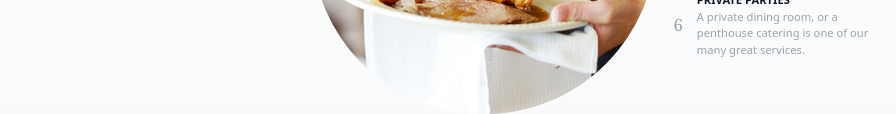
Repository: remydev47/Catering
Page: /
The author's editor kept a copy of each file at every save. The page is drawn from the files as they stood at one save, then again after the next save.
The browser window is 1280 px wide. The pictures show the part of the page from y = 3939 to 5859 px (the page is 4102 px tall before and 6930 px after), at 70% of full size.
The project was rebuilt for these pictures with package versions that can differ from the ones it lists, and the page was loaded fresh each time. The framework's server and built-in components were replaced by stand-ins that run in the browser. Also part of the build but not shown: next.config.js, components/Footer.tsx, components/Team.tsx, components/Faqs.tsx.

Above is the page before, as saved 2022-12-09 23:02:15.

### app/layout.tsx
import Navbar from '../components/Navbar'
import '../styles/globals.css'

export default function RootLayout({
  children,
}: {
  children: React.ReactNode
}) {
  return (
    <html>
      <head />
      <body>
        <Navbar />
        {children}
      </body>
    </html>
  )
}

### app/page.tsx
import React from 'react'
import { Aboutus, CTA, Hero, Menu, Services } from '../components'

const Home = () => {
  return (
    <div>
        <Hero />
        <Menu />
        <CTA />
        <Aboutus />
        <Services />

    </div>
  )
}

export default Home

### components/Navbar.tsx
'use client'
import React from 'react'
import { navLinks } from '../constants'
import Menupopover from './Menupopover';
import Logo from './Logo';
import { Button } from './Button';

const Navbar = () => {
  return (
    <header className="fixed inset-x-0 bg-[#fff] z-20 flex justify-between items-center py-2 px-2 shadow-lg dark:bg-slate-900 sm:py-3 sm:px-8">
            <div className='flex grow-0 basis-1/3 md:hidden'>
                <Menupopover />
            </div>

             <div className='flex grow-0 ml-2 justify-center md:justify-start'>
                <Logo />

            </div>


            <ul className="list-none sm:flex hidden justify-end items-center flex-1">
            {navLinks.map((nav, index) => (
                <li
                key={nav.id}
                className={`font-bold cursor-pointer text-[16px] hover:text-orange-400
                   ${index === navLinks.length - 1 ? 'mr-0' : 'mr-10'}
                  text-gray-500 font-serif `}
                >
                    <a>{nav.title}</a>
                </li>
            ))}
           </ul>



        </header>
  )
}

export default Navbar

### components/index.ts
import Hero from "./Hero";
import Pricing from "./Pricing";
import Aboutus from "./Aboutus";
import Menu from "./Menu";
import Services from "./Services";
import Footer from "./Footer";
import Team from "./Team";
import Testimonials from "./Testimonials";
import Faqs from "./Faqs";
import Blog from "./Blog";
import CTA from "./CTA";

export {
    Hero, Pricing, Menu, Services, Footer, Faqs, Team, Testimonials, Blog, CTA, Aboutus
}

### constants/index.ts
export const navLinks =[
    {
        id:"aboutus",
        title:"About Us",
    },
    {
        id:"store",
        title:"Store",
    },
    {
        id:"gallery",
        title:"Gallery",
    },
    {
        id:"appointments",
        title:"Appointment",
    },
    {
        id:"blog",
        title:"Blog",
    },
    {
        id:"contacts",
        title:"Contacts",
    }
]

### components/Menupopover.tsx
import React, { useState, Fragment } from 'react'
import { Transition, Dialog } from '@headlessui/react'
import { navLinks } from '../constants'
import Logo from './Logo'
import { IconButton } from './Button'

const Menupopover = () => {
  const [isOpen, setIsOpen] = useState(false)

  return (
    <div>
    <IconButton
      variant='ghost'
      aria-label='menu'
      onClick={() => setIsOpen(!isOpen)}
    >
      <svg className='h-6 w-6 ' fill='none' stroke='currentColor'>
        <path
          strokeLinecap='round'
          strokeLinejoin='round'
          strokeWidth={2}
          d='M4 6h16M4 12h16M4 18h16'
        />
      </svg>
    </IconButton>
    <Transition
      show={isOpen}
      appear
      as={Fragment}
      enter='transform transition ease-in-out duration-300'
      enterFrom='-translate-x-full'
      enterTo='translate-x-0'
      leave='transform transition ease-in-out duration-300 delay-200'
      leaveFrom='translate-x-0'
      leaveTo='-translate-x-full'
     >
     <Dialog
       as='div'
       className={`fixed inset-0 z-50`}
       onClose={setIsOpen}
       open={isOpen}
       >
       <Transition.Child
         as={Fragment}
         enter='ease-out duration-300 delay-300'
         enterFrom='opacity-0'
         enterTo='opacity-100'
         leave='ease-in duration-200'
         leaveFrom='opacity-100'
         leaveTo='opacity-0'
       >

        <Dialog.Overlay
          className={`fixed inset-0 bg-black/20 backdrop-blur-sm dark:bg-gray-900/80`}
         />
      </Transition.Child>
       <div className={styles.dialogcontainer}>
        <a className='mx-auto mt-4 flex w-[140px] '>
          <Logo />
        </a>
        <ul
            className={styles.navWrapper2}
         >
            {navLinks.map((nav, index) => (
                <li
                 key={nav.id}
                 className={` font-bold cursor-pointer text-[16px]
                  mt-2 border-t border-slate-200 py-4 dark:border-slate-600
                  ${index === navLinks.length - 1 ? 'mr-0' : 'mb-4'}
                  text-black font-serif `}
                >
                 <a href={`#${nav.id}`}>
                    {nav.title}
                 </a>
                </li>
             ))}
         </ul>

        <IconButton
          variant='ghost'
          aria-label='close menu'
          className='absolute top-5 right-5'
          onClick={() => setIsOpen(false)}
        >
          <svg
            viewBox='0 0 10 10'
            className='h-2.5 w-2.5 overflow-visible'
            aria-hidden='true'
          >
            <path
                d='M0 0L10 10M10 0L0 10'
                fill='none'
                stroke='currentColor'
                strokeWidth='2'
                strokeLinecap='round'
              />
          </svg>
        </IconButton>
       </div>
     </Dialog>
    </Transition>
  </div>
  )
}

export default Menupopover;

const styles ={
  dialogcontainer:`fixed top-0 bottom-0 left-0 w-full max-w-xs rounded-r-xl bg-[#fff] p-6 shadow-lg dark:bg-gray-800`,
  menuitems:`group relative flex h-9 items-center oveflow-hidden rounded-md hover:bg-slate-200/50`,
  navWrapper2:`list-none flex flex-col justify-end items-center flex-1`,
}

### components/Logo.tsx
import React from 'react'
import Image from 'next/image'

const Logo = () => {
  return (
    <div>
        <Image
          src='/images/logo.png'
          alt='royal-events'
          height={80}
          width={150}
        />
    </div>
  )
}

export default Logo

### components/Hero.tsx
'use client';
import React from 'react'

const Hero = () => {
  return (
    <section className='relative pt-48 pb-12 xl:pt-60 sm:pb-16 lg:pb-32 xl:pb-48 2xl:pb-56'>
    <div className="absolute inset-0">
     <img className="object-cover w-full h-full" src="/images/hero.jpg" alt="" />
    </div>
   <div className='relative'>
    <div className="px-6 mx-auto sm:px-8 lg:px-12 max-w-7xl">
      <div className="w-full lg:w-2/3 xl:w-1/2">
        <h1 className="font-serif text-xl font-bold tracking-tight text-white text-opacity-70 text-center">Proffesional Catering Services</h1>
        <p className="mt-6 tracking-tighter text-[#000]">
          <span className="font-sans font-bold text-5xl">The Perfect Blend</span><br />
          <span className="font-serif italic font-BOLD text-6xl">of Sensational Food</span>
        </p>
        <p className="mt-8 font-serif text-xl font-normal text-[#000]">
         Our professional and experienced Catering staff does the job right the first time are Carefully selected Give them a deep.
        </p>
      </div>
    </div>
   </div>
  </section>
  )
}

export default Hero

### components/Aboutus.tsx
'use client';
import React from 'react'

const Aboutus = () => {
  return (
    <section className="py-6 bg-gray-50 sm:py-16 lg:py-24">
    <div className="max-w-5xl px-4 mx-auto sm:px-6 lg:px-8">
        <div className="grid items-center grid-cols-1 gap-y-6 md:grid-cols-2 md:gap-x-20">
            <div className="">
                <h1 className='text-3xl italic text-orange-400 text-center'>WELCOME TO OUR CATERING COMPANY</h1>
                <h2 className="text-4xl font-bold leading-tight text-black sm:text-4xl lg:text-4xl">Our Story of Success.</h2>
                <p className="mt-4 text-base leading-relaxed text-gray-600 font-semibold">
                <span className='text-3xl font-serif'>2006 -</span> Silver service is oriented for a right-handed waiter. Thus to serve the food, the waiter stands behind the guest and to the guest’s left, holds or supports the platter with their left hand, and serves the food with their right hand. It is common for the waiter to hold the serving-fork above the serving-spoon both in the right hand, and use the fingers to manipulate the two as a pincer for picking up and transferring the food.
                </p>
            </div>

            <div className=" pl-20 pr-6 sm:pl-6 md:px-0">
                <div className="relative w-full max-w-xs mt-4 mb-10 ml-auto">
                 <img className="relative -top-4 -left-4" src="/images/service-3.jpg" alt="" />



                    <div className="absolute -bottom-10 -left-16 m-2 bg-orange-400">
                        <span className="block text-4xl font-bold text-white font-serif lg:text-5xl"> 50+ </span>
                        <span className="block mt-2 text-base leading-tight text-white font-serif"> Team<br />Member</span>
                    </div>
                </div>
            </div>
        </div>
    </div>
</section>
  )
}

export default Aboutus

### components/Menu.tsx
'use client';
import React from 'react'

const Menu = () => {

  return (
    <section className='py-10 bg-white sm:py-16 lg:py-24'>

      <div  className="px-4 mx-auto max-w-7xl sm:px-6 lg:px-8">
        <div className="max-w-2xl mx-auto text-center">
          <h1 className="text-4xl font-serif font-semibold leading-tight text-gray-400">
            WELCOME TO THE <br/> BEST CATERING SERVICES
          </h1>
        </div>
        <div className="relative mt-12 lg:mt-20">

          <div className="relative grid grid-cols-1 text-center gap-y-12 md:grid-cols-3 gap-x-12">
            <div>
              <div className="flex items-center justify-center w-60 h-60 mx-auto rounded-full border-2 border-gray-200 ">
                <span className="text-xl font-semibold text-gray-700">
                    <img src='/images/menu1.jpg' className='h-full w-full rounded-full' />
                </span>
             </div>
             <h3 className="mt-6 text-2xl italic leading-tight text-gray-500 md:mt-10">Canapes</h3>
            </div>


            <div>
              <div className="flex items-center justify-center w-60 h-60 mx-auto rounded-full border-2 border-gray-200">
                <span className="text-xl font-semibold text-gray-700">
                    <img src='/images/menu2.jpg' className='h-full w-full rounded-full' />
                </span>
             </div>
             <h3 className="mt-6 text-2xl italic leading-tight text-gray-500 md:mt-10">CockTails</h3>
            </div>

            <div>
              <div className="flex items-center justify-center w-60 h-60 mx-auto rounded-full border-2 border-gray-200 ">
                <span className="text-xl font-semibold text-gray-700">
                    <img src='/images/menu3.jpg' className='h-full w-full rounded-full' />
                </span>
             </div>
             <h3 className="mt-6 text-2xl italic leading-tight text-gray-500 md:mt-10">Sweets & CapCakes</h3>
            </div>

            <div>
              <div className="flex items-center justify-center w-60 h-60 mx-auto rounded-full border-2 border-gray-200 ">
                <span className="text-xl font-semibold text-gray-700">
                    <img src='/images/menu4.jpg' className='h-full w-full rounded-full' />
                </span>
             </div>
             <h3 className="mt-6 text-2xl italic leading-tight text-gray-500 md:mt-10">Drinks</h3>
            </div>
          </div>

        </div>

      </div>

    </section>
  )
}

export default Menu

### components/CTA.tsx
'use client';
import React from 'react'

const CTA = () => {
  return (
    <section className="mt-4 relative py-10 overflow-hidden bg-blue-400 sm:py-16 lg:py-24 xl:py-32">
      <div className="absolute inset-0">
        <img className="object-cover w-full h-full md:object-left md:scale-150 md:origin-top-left" src="/images/cta.jpg" alt="" />
     </div>
    <div className="relative px-4 mx-auto sm:px-6 lg:px-8 max-w-7xl">
       <div className="text-center md:w-2/3 lg:w-1/2 xl:w-1/3 md:text-left">
           <h2 className="text-3xl font-bold leading-tight text-white font-serif sm:text-4xl lg:text-5xl">BOOK A FREE TASTING SESSION <br/> or DISCUSS A PROJECT</h2>
           <p className="mt-4 text-2xl italic text-white">
             We understand the importance of approaching each work integrally and believe in the power of simple and easy communication. We value the experimentation, the reformation of the message.
           </p>

           <form action="#" method="POST" className="mt-8 lg:mt-12">
               <div className="flex flex-col items-center sm:flex-row sm:justify-center">
                   <div className="flex-1 w-full min-w-0 px-4 sm:px-0">
                       <div className="relative text-gray-400 focus-within:text-gray-600">
                           <label htmlFor="email" className="sr-only"></label>
                           <label htmlFor="email" className="sr-only"></label>
                           <div className="absolute inset-y-0 left-0 flex items-center pl-3 pointer-events-none">
                               <svg className="w-5 h-5" xmlns="http://www.w3.org/2000/svg" fill="none" viewBox="0 0 24 24" stroke="currentColor">
                                   <path stroke-linecap="round" stroke-linejoin="round" stroke-width="1.5" d="M16 12a4 4 0 10-8 0 4 4 0 008 0zm0 0v1.5a2.5 2.5 0 005 0V12a9 9 0 10-9 9m4.5-1.206a8.959 8.959 0 01-4.5 1.207" />
                               </svg>
                           </div>
                           <input
                               type="email"
                               name="email"
                               id="email"
                               placeholder="Enter email address"
                               className="block w-full py-4 pl-10 pr-4 text-base text-black placeholder-gray-500 transition-all duration-200 border-gray-200 rounded-md sm:rounded-r-none caret-orange-400 focus:border-orange-400 focus:ring-1 focus:ring-blue-600"
                               required
                           />

                       </div>
                   </div>

                   <button type="submit" className="inline-flex items-center justify-center flex-shrink-0 w-auto px-4 py-4 mt-4 font-semibold text-white transition-all duration-200 bg-orange-400 border border-transparent rounded-md sm:mt-0 sm:rounded-l-none sm:w-auto hover:bg-blue-700 focus:bg-blue-700">
                       Get instant access
                   </button>
               </div>
           </form>
       </div>
    </div>
    </section>
  )
}

export default CTA

### components/Button.tsx
import React, { forwardRef } from "react";
//import { __DEV__ } from "../../utils/assertions";

type BaseButtonProps = Omit<React.HTMLProps<HTMLButtonElement>, "size">;

/* === Button Element === */

export interface ButtonProps extends BaseButtonProps {
  children: React.ReactNode;
  fullWidth?: boolean;
  className?: string;
  variant?: "solid" | "outline" | "ghost";
  size?: "sm" | "md" | "lg";
  as?: string;
  isExternal?: boolean;
  type?: "button" | "submit" | "reset";
}

export const Button = forwardRef<HTMLButtonElement, ButtonProps>(
  (
    {
      children,
      variant = "solid",
      size = "md",
      fullWidth = false,
      className,
      as = "button",
      isExternal = false,
      ...rest
    },
    ref
  ) => {
    let tempClassNames: string[] = [];

    const sharedClasses = [
      "capitalize",
      "focus:outline-none",
      "focus:ring-2",
      "focus:ring-indigo-400",
      "focus:ring-offset-2",
      "focus:ring-offset-indigo-50",
      "font-semibold",
      "rounded-full",
      "inline-flex",
      "flex-shrink-0",
      "items-center",
      "justify-center",
      "transition-colors",
      "ease-in-out",
      "duration-500",
    ];

    if (fullWidth) sharedClasses.push("w-full");

    // handle variants
    let btnSolid = ["bg-indigo-600", "hover:bg-indigo-700", "text-white"];
    let btnOutline = [
      "dark:text-white",
      "hover:text-indigo-700",
      "hover:dark:text-indigo-700",
      "bg-transparent",
      "hover:bg-indigo-50",
      "border",
      "border-indigo-600",
    ];
    let btnGhost = [
      "bg-transparent",
      "dark:text-white",
      "hover:bg-indigo-50",
      "hover:text-indigo-700",
      "hover:dark:text-indigo-700",
    ];

    if (variant === "solid") {
      tempClassNames = [...sharedClasses, ...btnSolid];
    } else if (variant === "outline") {
      tempClassNames = [...sharedClasses, ...btnOutline];
    } else if (variant === "ghost") {
      tempClassNames = [...sharedClasses, ...btnGhost];
    }

    // handle sizes
    let sizeSm = ["h-8", "px-2", "text-sm"];
    let sizeMd = ["h-10", "px-3"];
    let sizeLg = ["h-12", "px-4", "text-lg"];

    if (size === "sm") {
      tempClassNames = [...tempClassNames, ...sizeSm];
    } else if (size === "md") {
      tempClassNames = [...tempClassNames, ...sizeMd];
    } else if (size === "lg") {
      tempClassNames = [...tempClassNames, ...sizeLg];
    }

    let classes = tempClassNames.join(" ");

    let Element = as ? (
      React.createElement(
        as,
        {
          className: `${classes} ${className}`,
          target: isExternal ? "_blank" : undefined,
          rel: isExternal ? "noopener noreferrer" : undefined,
          ref,
          ...rest,
        },
        children
      )
    ) : (
      <button {...rest} className={`${classes} ${className}`} ref={ref}>
        {children}
      </button>
    );

    return Element;
  }
);

// if (__DEV__) {
//   Button.displayName = "Button";
// }

/* === IconButton Element === */

export interface IconButtonProps extends ButtonProps {
  icon?: React.ReactElement;
  "aria-label": string;
}

export const IconButton = forwardRef<HTMLButtonElement, IconButtonProps>(
  (
    {
      children,
      icon,
      className,
      "aria-label": ariaLabel,
      size = "md",
      ...rest
    },
    ref
  ) => {
    let sharedClasses = ["rounded-full", "!px-0"];

    // handle sizes
    let sizeSm = ["w-8"];
    let sizeMd = ["w-10"];
    let sizeLg = ["w-12"];

    if (size === "sm") {
      sharedClasses = [...sharedClasses, ...sizeSm];
    } else if (size === "md") {
      sharedClasses = [...sharedClasses, ...sizeMd];
    } else if (size === "lg") {
      sharedClasses = [...sharedClasses, ...sizeLg];
    }

    /**
     * Passing the icon as prop or children should work
     */
    const element = icon || children;
    const _children = React.isValidElement(element)
      ? React.cloneElement(element as any, {
          "aria-hidden": true,
          focusable: false,
        })
      : null;

    let classes = sharedClasses.join(" ");
    return (
      <Button
        className={`${classes} ${className}`}
        aria-label={ariaLabel}
        size={size}
        {...rest}
        ref={ref}
      >
        {_children}
      </Button>
    );
  }
)

### components/Pricing.tsx
'use client';
import React from 'react'

const Pricing = () => {
  return (
    <section className="bg-[#fff] sm:py-16 lg:py-24">
        <div className="px-4 mx-auto max-w-7xl sm:px-6 lg:px-8">
          <div className='max-w-2xl mx-auto text-center'>
            <p className="max-w-xl mx-auto mt-4 text-4xl font-semibold leading-relaxed text-orange-400">
              No Extra Hidden Charges!
            </p>
            <h2 className="text-xl font-bold leading-tight text-gray-400">...our Pricing...</h2>
          </div>

          <div className="grid max-w-md grid-cols-1 gap-6 mx-auto mt-8 text-center lg:max-w-full lg:mt-16 lg:grid-cols-3">

          <div className="overflow-hidden bg-gray-300 border-2 border-gray-100 rounded-md">
                <div className="p-8 xl:px-12">
                    <h3 className="text-3xl font-semibold text-gray-700">Standard</h3>

                    <p className="text-5xl font-bold text-black mt-7">ksh 4,890</p>
                    <p className="mt-3 text-base text-gray-600">One-time payment</p>

                    <ul className="inline-flex flex-col items-start space-y-5 text-left mt-9">
                     We will be more than happy to work for <br/> you during a family or a business picnic
                    </ul>

                    <a href="#" title="" className="inline-flex items-center justify-center px-10 py-4 mt-10 text-base font-semibold text-white transition-all duration-200 bg-orange-500 rounded-md" role="button"> Get full access </a>
                    <p className="mt-4 text-sm text-gray-500">Satisfaction Guarantee</p>
                </div>
            </div>

            <div className="overflow-hidden bg-gray-300 border-2 border-gray-100 rounded-md">
                <div className="p-8 xl:px-12">
                    <h3 className="text-3xl font-semibold text-gray-700">Premium</h3>

                    <p className="text-5xl font-bold text-black mt-7">ksh 6,700</p>
                    <p className="mt-3 text-base text-gray-600">One-time payment</p>

                    <ul className="inline-flex flex-col items-start space-y-5 text-left mt-9">
                    Social events are highly <br/> important to our clients, and   we guarantee perfect service–
                    </ul>

                    <a href="#" title="" className="inline-flex items-center justify-center px-10 py-4 mt-10 text-base font-semibold text-white transition-all duration-200 bg-orange-500 rounded-md" role="button"> Get full access </a>
                    <p className="mt-4 text-sm text-gray-500">Satisfaction Guarantee</p>
                </div>
            </div>

            <div className="overflow-hidden bg-gray-300 border-2 border-gray-100 rounded-md">
                <div className="p-8 xl:px-12">
                    <h3 className="text-3xl font-semibold text-gray-700">Enterprice</h3>

                    <p className="text-5xl font-bold text-black mt-7">ksh 8,500</p>
                    <p className="mt-3 text-base text-gray-600">One-time payment</p>

                    <ul className="inline-flex flex-col items-start space-y-5 text-left mt-9">
                    A private dining room, <br/> or a penthouse catering is one of our many great services
                    </ul>

                    <a href="#" title="" className="inline-flex items-center justify-center px-10 py-4 mt-10 text-base font-semibold text-white transition-all duration-200 bg-orange-500 rounded-md" role="button"> Get full access </a>
                    <p className="mt-4 text-sm text-gray-500">Satisfaction Guarantee</p>
                </div>
            </div>

          </div>

        </div>

    </section>
  )
}

export default Pricing

Loaded but not shown: styles/globals.css (common file); tailwind.config.js (common file); components/Testimonials.tsx (218 lines, source omitted); components/Blog.tsx (124 lines, source omitted); components/Services.tsx (133 lines, source omitted)

After the next save:
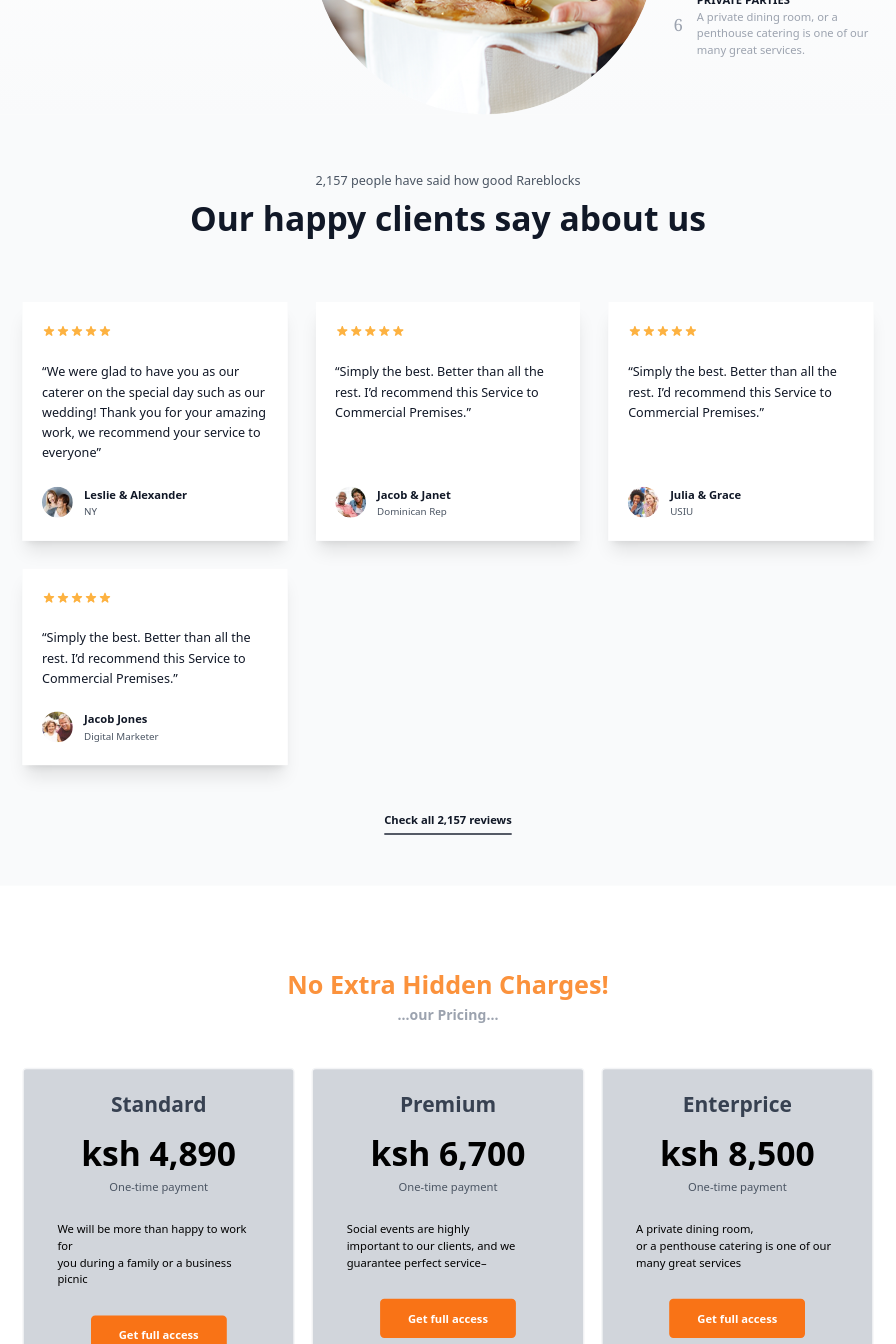
Saved 36 s later.
--- a/app/page.tsx
+++ b/app/page.tsx
@@ -1,5 +1,5 @@
 import React from 'react'
-import { Aboutus, CTA, Hero, Menu, Services } from '../components'
+import { Aboutus, Blog, CTA, Hero, Menu, Pricing, Services, Testimonials } from '../components'
 
 const Home = () => {
   return (
@@ -9,6 +9,9 @@ const Home = () => {
         <CTA />
         <Aboutus />
         <Services />
+        <Testimonials/>
+        <Pricing />
+        <Blog/>
 
     </div>
   )
